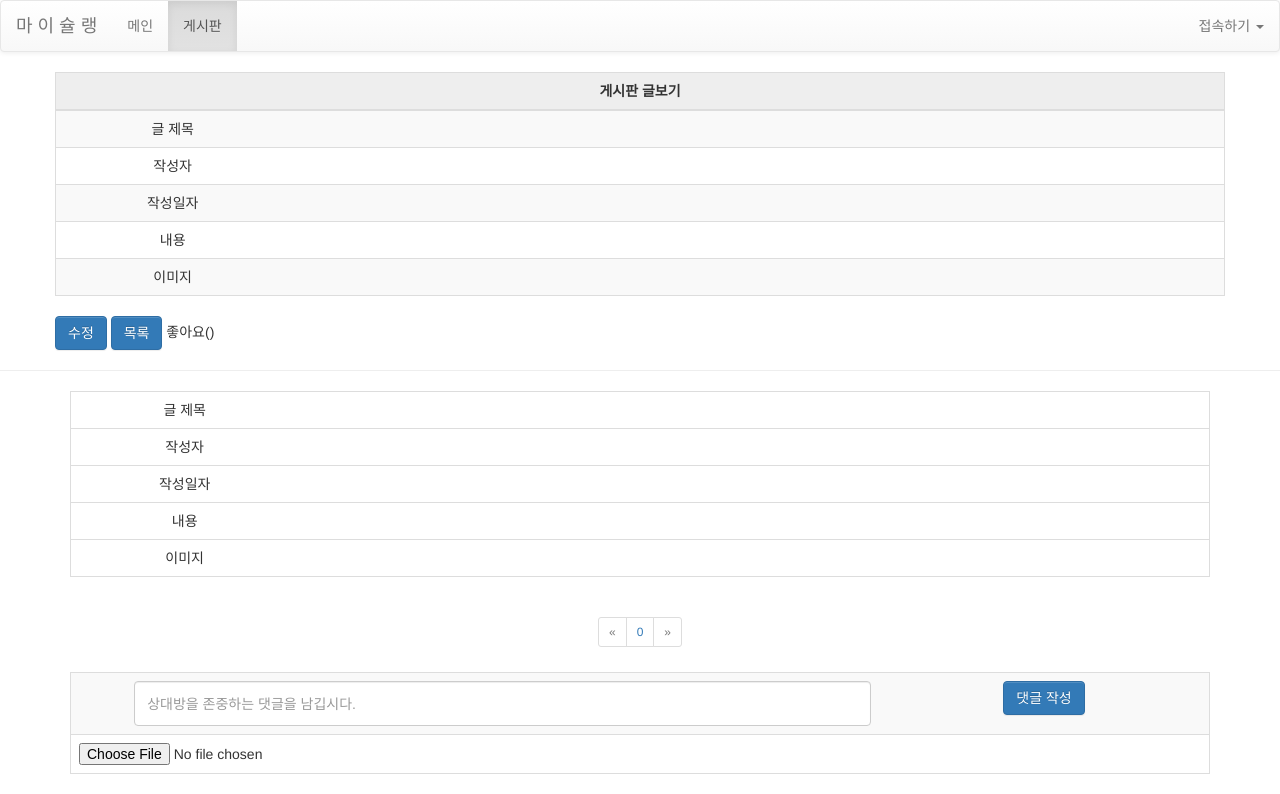
Repository: serendipity63/mychelin
Page: http://localhost/board/WEB-INF/views/detailform.jsp
The author's editor kept a copy of each file at every save. The page is drawn from the files as they stood at one save, then again after the next save.
The browser window is 1280 px wide. The pictures show the whole page.
Some web libraries are served in a nearby version. The page is served by Tomcat 9. Nobody is signed in. Other server files are loaded and not shown. The template is opened directly, without the code that normally fills it, so the values that code supplies are empty.

Above is the page before, as saved 2024-01-12 02:39:08.
Console error (its wording comes from the project's code and is left out).

### board/src/main/webapp/WEB-INF/views/detailform.jsp
<%@ page language="java" contentType="text/html; charset=UTF-8"
	pageEncoding="UTF-8"%>
<%@ taglib prefix="c" uri="http://java.sun.com/jsp/jstl/core"%>
<c:set var="contextPath" value="${pageContext.request.contextPath }" />
<!DOCTYPE html>
<html>
<head>
<meta charset="UTF-8">
<meta http-equiv="Content-Type" content="text/html; charset=UTF-8">
<meta name="viewport" content="width=device-width" , initial-scale="1">
<link rel="stylesheet" type="text/css"
	href="https://maxcdn.bootstrapcdn.com/bootstrap/3.3.7/css/bootstrap.min.css">
<link rel="stylesheet" type="text/css"
	href="https://maxcdn.bootstrapcdn.com/bootstrap/3.3.7/css/bootstrap-theme.min.css">
<script
	src="https://maxcdn.bootstrapcdn.com/bootstrap/3.3.7/js/bootstrap.min.js"></script>
<link rel="stylesheet" type="text/css"
	href="${contextPath}/resources/static/css/bootstrap.css">
<script src="https://code.jquery.com/jquery-3.1.1.min.js"></script>
<script src="${contextPath}/resources/static/js/bootstrap.js"></script>
<title>JSP 게시판 사이트</title>

<script type="text/javascript">
	$(function() {
		$('#heart')
				.click(
						function() {
							$
									.ajax({
										url : '${contextPath}/like',
										type : 'post',
										data : {
											'num' : '<c:out value= "${board.num}"/>'
										},
										success : function(res) {
											console.log(res);
											if (res === "true") {
												$("#heart")
														.attr("src",
																"${contextPath}/resources/img/like.png")
												$("#likecount")
														.text(
																+$("#likecount")
																		.text() + 1);
											} else {
												$("#heart")
														.attr("src",
																"${contextPath}/resources/img/unlike.png")
												$("#likecount")
														.text(
																+$("#likecount")
																		.text() - 1);
											}
										},
										error : function(err) {
											console.log(err);
										}
									})
						})
	})
</script>
<script>
	window.onload = function(){
		const fileDom= document.querySelector('#file');
		const imageBox= document.querySelector('#image-box');

		fileDom.addEventListener('change',()=> {
			const imageSrc= URL.createObjectURL(fileDom.files[0]);
			imageBox.src= imageSrc;
		})
	}
</script>
</head>
<body>
	<nav class="navbar navbar-default">
		<div class="navbar-header">
			<button type="button" class="navbar-toggle collapsed"
				data-toggle="collapse" data-target="#bs-example-navbar-collapse-1"
				aria-expanded="false">
				<span class="icon-bar"></span> <span class="icon-bar"></span> <span
					class="icon-bar"></span>
			</button>
			<a class="navbar-brand" href="${contextPath}/main">마 이 슐 랭</a>
		</div>
		<div class="collapse navbar-collapse"
			id="bs-example-navbar-collapse-1">
			<ul class="nav navbar-nav">
				<li><a href="${contextPath}/main">메인</a></li>
				<li class="active"><a href="${contextPath}/boardlist">게시판</a></li>
			</ul>
			<c:choose>

				<c:when test="${user eq Empty}">


					<ul class="nav navbar-nav navbar-right">
						<li class="dropdown"><a href="#" class="dropdown-toggle"
							data-toggle="dropdown" role="button" aria-haspopup="true"
							aria-expanded="false">접속하기 <span class="caret"></span>
						</a>
							<ul class="dropdown-menu">
								<li><a href="login">로그인</a></li>
								<li><a href="join">회원가입</a></li>
							</ul></li>
					</ul>

				</c:when>
				<c:otherwise>
					<ul class="nav navbar-nav navbar-right">
						<li class="dropdown"><a href="#" class="dropdown-toggle"
							data-toggle="dropdown" role="button" aria-haspopup="true"
							aria-expanded="false">회원관리 <span class="caret"></span>
						</a>
							<ul class="dropdown-menu">
								<li><a href="logout">로그아웃</a></li>
							</ul></li>
					</ul>
				</c:otherwise>
			</c:choose>
		</div>
	</nav>
	<div class="container" id="./writeForm">
		<div class="row">
			<input type="hidden" name="writer" value="${user.id }" />
			<table class="table table-striped"
				style="text-align: center; border: 1px solid #dddddd">
				<thead>
					<tr>
						<th colspan="3"
							style="background-color: #eeeeee; text-align: center">게시판
							글보기</th>
					</tr>
				</thead>
				<tbody>

					<tr>

						<td style="width: 20%;">글 제목</td>
						<td colspan="2" style="text-align: left;">${board.subject }</td>
					</tr>
					<tr>

						<td>작성자</td>
						<td colspan="2" style="text-align: left;">${board.writer }</td>
					</tr>
					<tr>

						<td>작성일자</td>
						<td colspan="2" style="text-align: left;">${board.writedate }</td>
					</tr>
					<tr>
						<td>내용</td>
						<td colspan="2" style="min-height: 200px; text-align: left;">${board.content }
						</td>
					</tr>
					<tr>
						<td>이미지</td>
						<td colspan="2" style="min-height: 200px; text-align: left;"><c:choose>
								<c:when test="${board.fileurl ne null}">
									<img src="${contextPath }/image/${board.fileurl}" width="100px"
										height="100px" />
								</c:when>

							</c:choose></td>

					</tr>
				</tbody>
			</table>
			<c:if test="${user.id eq board.writer }">
				<a href="${contextPath }/boardmodify/${board.num}/${page}"
					class="btn btn-primary">수정</a>
			</c:if>
			<a href="${contextPath }/boardlist?page=${page}"
				class="btn btn-primary">목록</a> 좋아요(<span id="likecount">${board.likecount }</span>)&nbsp;&nbsp;
			<c:if test="${user ne Empty }">
				<c:choose>
					<c:when test="${select==true }">
						<img id="heart" src="${contextPath }/resources/img/like.png"
							width="20px" height="20px" />


					</c:when>
					<c:otherwise>
						<img id="heart" src="${contextPath }/resources/img/unlike.png"
							width="20px" height="20px" />
					</c:otherwise>
				</c:choose>
			</c:if>

		</div>

	</div>
	<hr />


	<div class="container">
		<table class="table table-striped"
			style="text-align: center; border: 1px solid #dddddd">
			<thead>
				<tr>

						<td style="width: 20%;">글 제목</td>
						<td colspan="2" style="text-align: left;">${board.subject }</td>
					</tr>
					<tr>

						<td>작성자</td>
						<td colspan="2" style="text-align: left;">${board.writer }</td>
					</tr>
					<tr>

						<td>작성일자</td>
						<td colspan="2" style="text-align: left;">${board.writedate }</td>
					</tr>
					<tr>
						<td>내용</td>
						<td colspan="2" style="min-height: 200px; text-align: left;">${board.content }
						</td>
					</tr>
					<tr>
						<td>이미지</td>
						<td colspan="2" style="min-height: 200px; text-align: left;"><c:choose>
								<c:when test="${board.fileurl ne null}">
									<img src="${contextPath }/image/${board.fileurl}" width="100px"
										height="100px" />
								</c:when>

							</c:choose></td>

					</tr>
			</thead>
			<tbody>
				<c:forEach items="${boardList}" var="board">
					<tr id="tr_bottom">
						<td><a
							href="${contextPath}/boarddetail/${board.num}/${pageInfo.curPage}">${board.subject}</a></td>
						<td>${board.writer}</td>
						<td>${board.writedate}</td>
						<td><c:if test="${user.id == reply.writer}">
								<a
									href="${contextPath}/boarddelete/${board.num}/${pageInfo.curPage}">삭제</a>
							</c:if></td>
					</tr>
				</c:forEach>
			</tbody>
		</table>
		<nav aria-label="Page navigation" style="text-align: center;">
			<ul class="pagination pagination-sm" style="display: inline-block;">
				<c:choose>
					<c:when test="${pageInfo.curPage > 1}">
						<li><a
							href="${contextPath}/boardlist?page=${pageInfo.curPage-1}"
							onclick="return callBtn(${pageInfo.curPage-1});"
							aria-label="Previous"> <span aria-hidden="true">&laquo;</span>
						</a></li>
					</c:when>
					<c:otherwise>
						<li class="disabled"><span aria-hidden="true">&laquo;</span>
						</li>
					</c:otherwise>
				</c:choose>

				<c:forEach begin="${pageInfo.startPage}" end="${pageInfo.endPage}"
					var="i">
					<li class="${pageInfo.curPage == i ? 'active' : ''}"><a
						href="${contextPath}/boardlist?page=${i}"
						onclick="return callBtn(${i});">${i}</a></li>
				</c:forEach>

				<c:choose>
					<c:when test="${pageInfo.curPage < pageInfo.allPage}">
						<li><a
							href="${contextPath}/boardlist?page=${pageInfo.curPage+1}"
							onclick="return callBtn(${pageInfo.curPage+1});"
							aria-label="Next"> <span aria-hidden="true">&raquo;</span>
						</a></li>
					</c:when>
					<c:otherwise>
						<li class="disabled"><span aria-hidden="true">&raquo;</span>
						</li>
					</c:otherwise>
				</c:choose>
			</ul>
		</nav>
	</div>


	<div class="container">
		<div class="form-group">
			<form method="post" enctype="multipart/form-data"
				action="${contextPath }/reply" name="commentform">
				<input type="hidden" name="writer" value="${user.id }" /> <input
					type="hidden" name="num" value="${board.num}" />
				<!-- 추가 -->
				<table class="table table-striped"
					style="text-align: center; border: 1px solid #dddddd">
					<tr>
						<td style="border-bottom: none;"><br />${user.id}</td>
						<td><input type="text" style="height: 4.5rem;"
							class="form-control" name="content"
							placeholder="상대방을 존중하는 댓글을 남깁시다." name="commentText"></td>
						<td><input type="submit" class="btn btn-primary pull"
							value="댓글 작성"></td>
					</tr>
					<tr>
						<td colspan="3"><input name="file" type="file" id="file"
							accept="image/*" /></td>
					</tr>
				</table>
			</form>
		</div>
	</div>

</body>
</html>

Loaded but not shown: board/src/main/webapp/resources/static/css/bootstrap.css (library); board/src/main/webapp/resources/static/js/bootstrap.js (library)

After the next save:
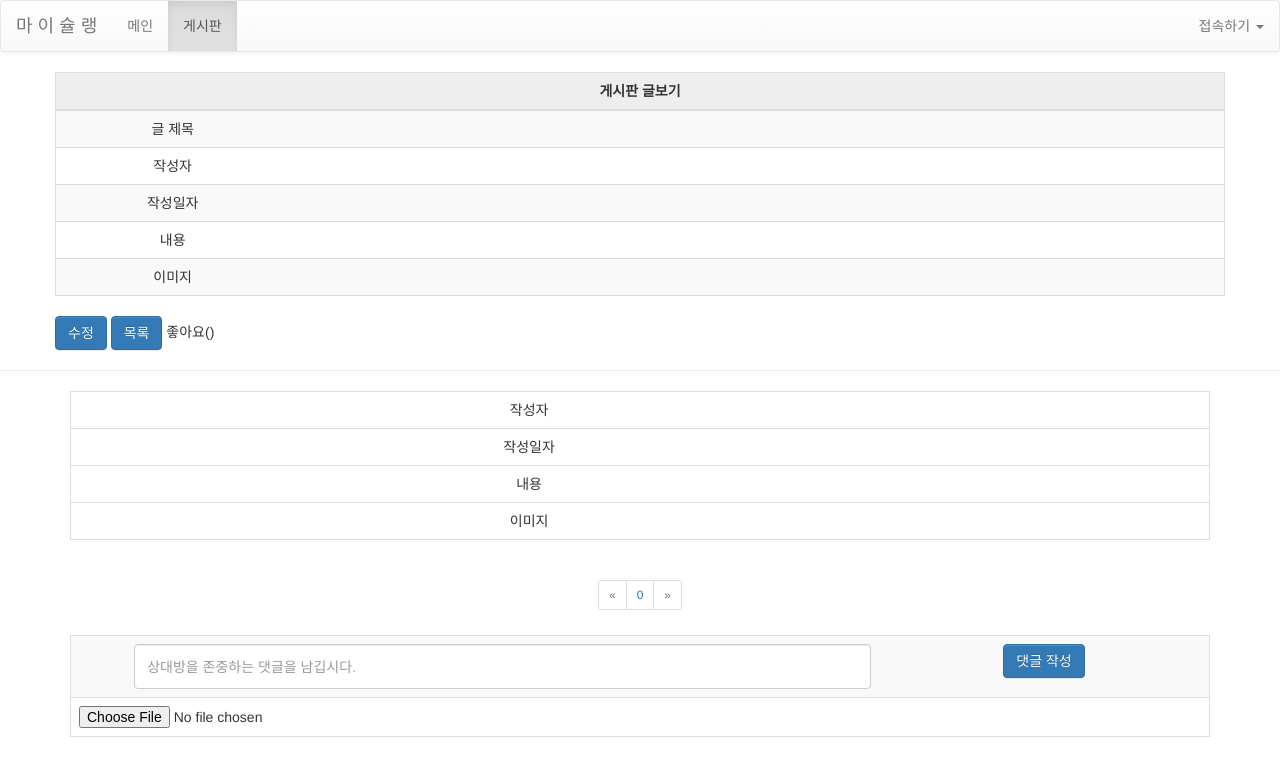
Saved 29 s later.
--- a/board/src/main/webapp/WEB-INF/views/detailform.jsp
+++ b/board/src/main/webapp/WEB-INF/views/detailform.jsp
@@ -197,11 +197,6 @@
 		<table class="table table-striped"
 			style="text-align: center; border: 1px solid #dddddd">
 			<thead>
-				<tr>
-
-						<td style="width: 20%;">글 제목</td>
-						<td colspan="2" style="text-align: left;">${board.subject }</td>
-					</tr>
 					<tr>
 
 						<td>작성자</td>
